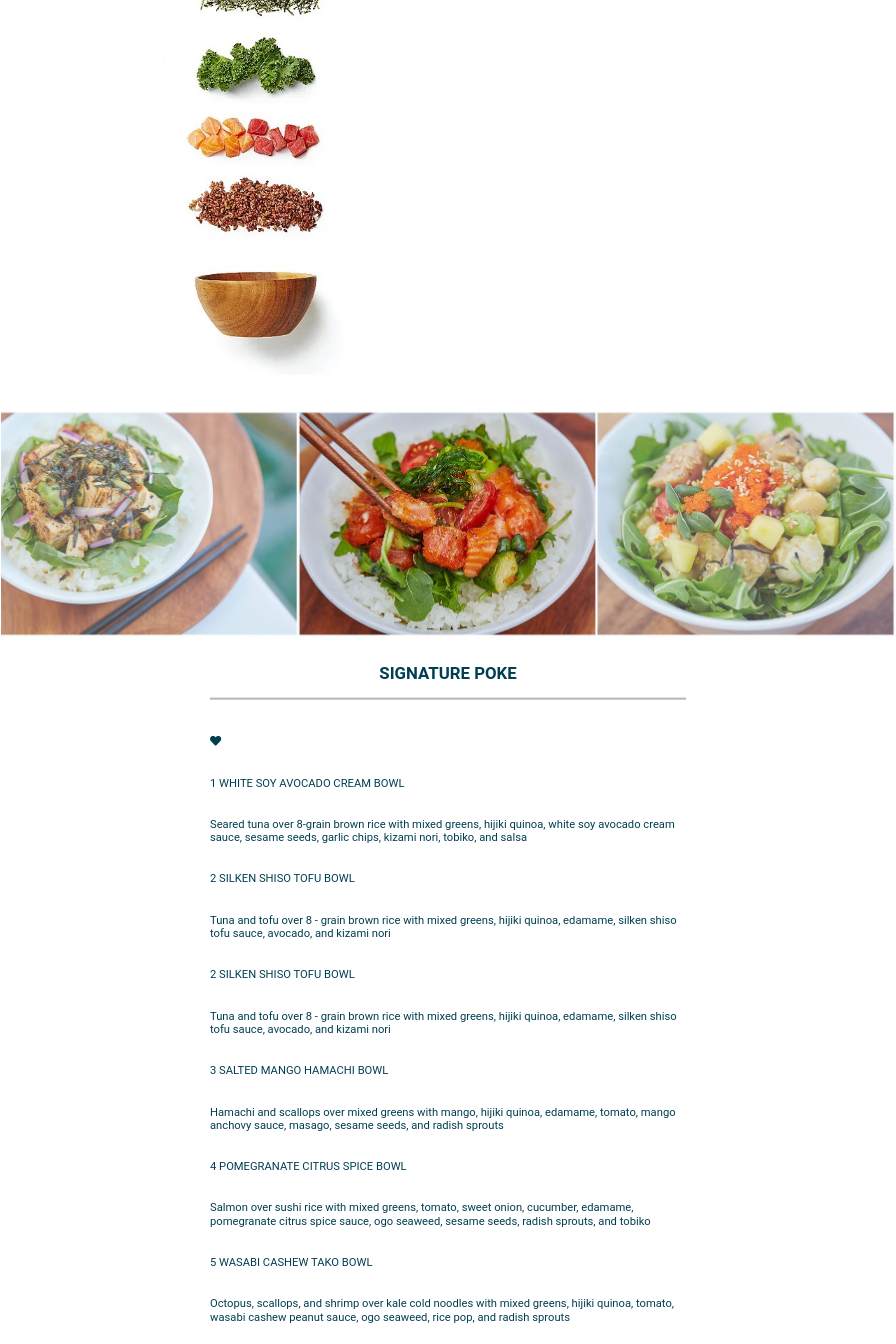
Repository: ypiard85/kome-waza
Page: index.html
An editor plug-in stored every save of this project. The page is shown before and after the next save, followed by the edit.
The browser window is 1280 px wide. The pictures show the part of the page from y = 1102 to 3022 px (the page is 3022 px tall before and 2999 px after), at 70% of full size.

Above is the page before, as saved 2021-02-23 11:25:35.

After the next save:
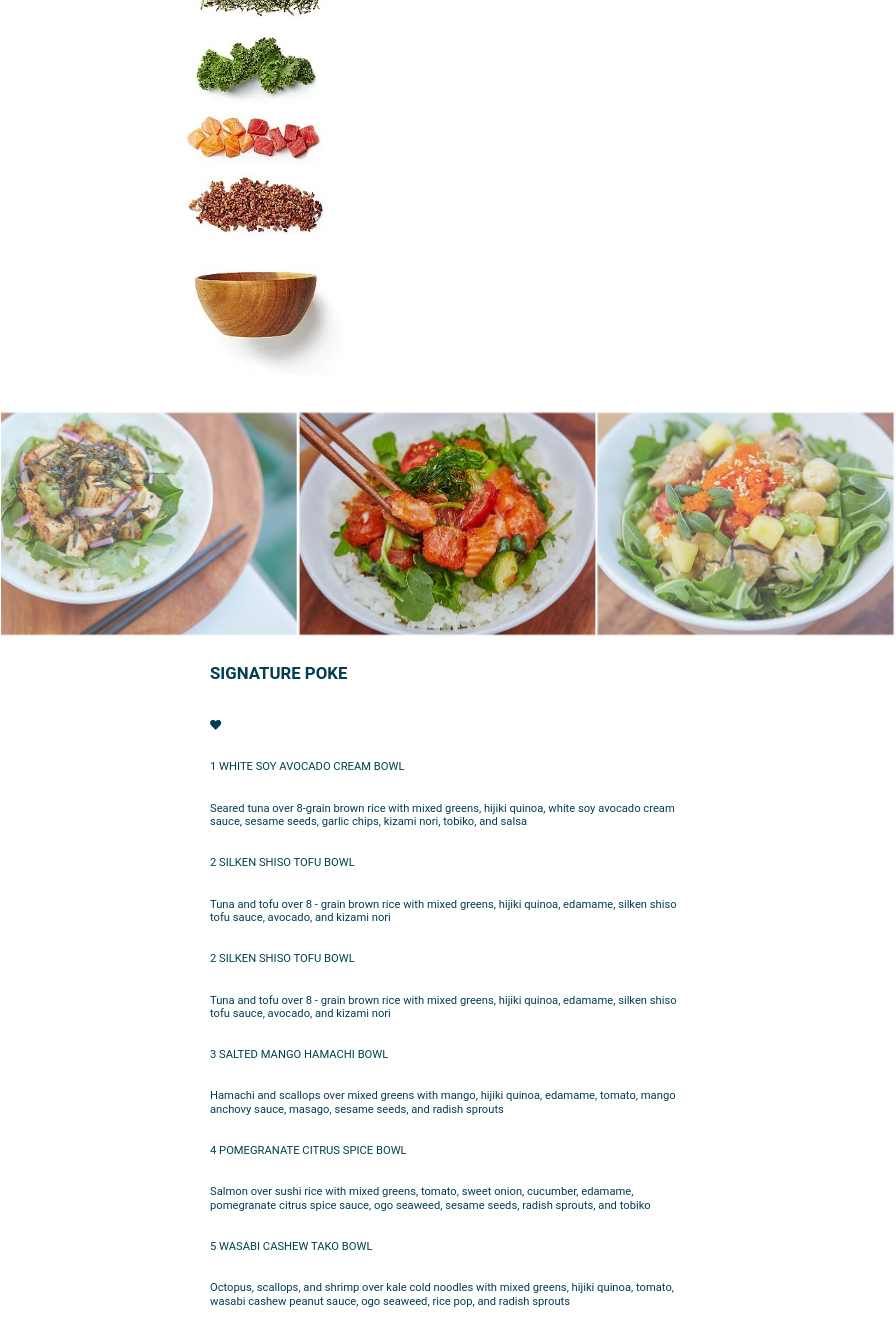
Saved 55 s later.
--- a/style.css
+++ b/style.css
@@ -85,7 +85,7 @@
     padding: 30px 0;
 }
 
-.about > h1{
+.about + h1{
     border-bottom: 3px solid rgb(185, 185, 185);
     text-align: center;
     padding-bottom: 20px;

After the save that followed:
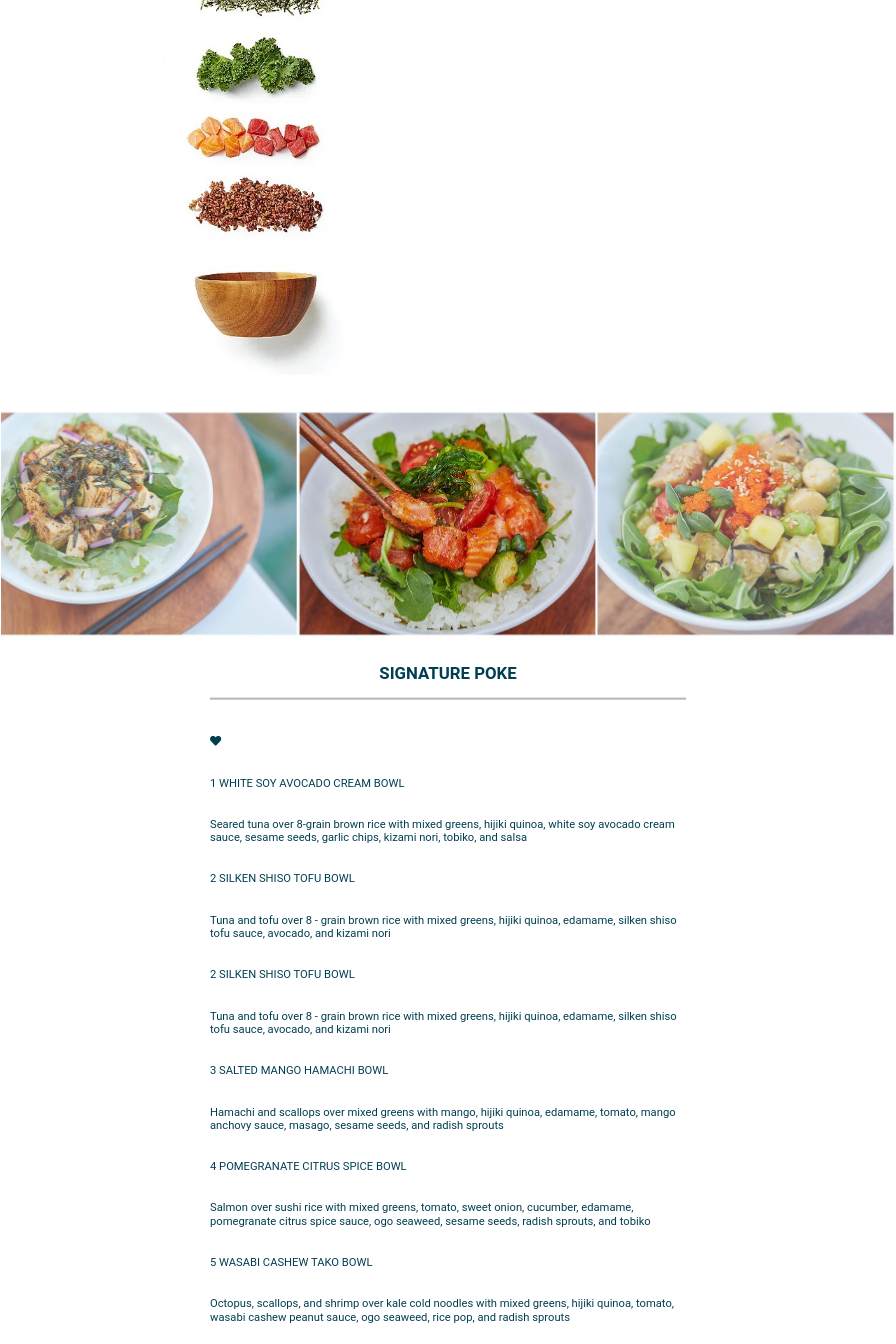
Saved 8 s later.
--- a/style.css
+++ b/style.css
@@ -85,7 +85,7 @@
     padding: 30px 0;
 }
 
-.about + h1{
+.about  h1{
     border-bottom: 3px solid rgb(185, 185, 185);
     text-align: center;
     padding-bottom: 20px;
